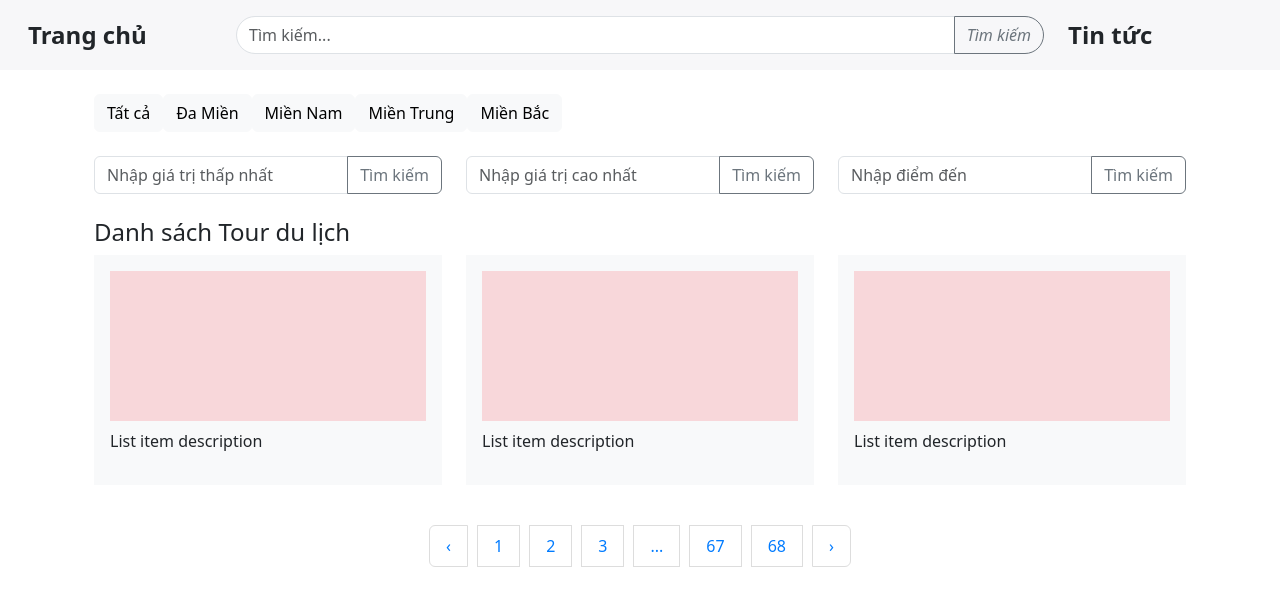
Repository: Minh23122003/qlDuAnPhanMem
Page: / (app in frontend/)
These files come from the project's save history. The page is drawn as it stood at one moment and after a run of saves; the edit follows.
The browser window is 1280 px wide. The pictures show the whole page.
The project was rebuilt for these pictures with package versions that can differ from the ones it lists, and the page was loaded fresh each time. Also part of the build but not shown: frontend/src/service/WebSocketService.js, frontend/src/components/Notifications.js, frontend/src/layout/Footer.js, frontend/src/configs/Apis.js, frontend/src/components/Relativeparkcard.js, frontend/src/components/Receipt/ReceiptList.css, frontend/src/components/merchandisecabinet.js, frontend/src/components/Service.js and 13 more.

Above is the page before, as saved 2024-09-06 17:05:45.

### frontend/src/index.js
import React from 'react';
import ReactDOM from 'react-dom/client';
import './index.css';
import App from './App';
import reportWebVitals from './reportWebVitals';
import { ToastContainer, toast } from 'react-toastify';
import 'react-toastify/dist/ReactToastify.css';
const root = ReactDOM.createRoot(document.getElementById('root'));
root.render(
    <React.StrictMode>
        <App />
        <ToastContainer
            position="top-center"
            autoClose={5000}
            hideProgressBar={false}
            newestOnTop={false}
            closeOnClick
            rtl={false}
            pauseOnFocusLoss
            draggable
            pauseOnHover
            theme="light"
            transition="Bounce"
        />
    </React.StrictMode>,
);

// If you want to start measuring performance in your app, pass a function
// to log results (for example: reportWebVitals(console.log))
// or send to an analytics endpoint. Learn more: https://bit.ly/CRA-vitals
reportWebVitals()

### frontend/src/index.css
body {
  margin: 0;
  font-family: -apple-system, BlinkMacSystemFont, 'Segoe UI', 'Roboto', 'Oxygen',
    'Ubuntu', 'Cantarell', 'Fira Sans', 'Droid Sans', 'Helvetica Neue',
    sans-serif;
  -webkit-font-smoothing: antialiased;
  -moz-osx-font-smoothing: grayscale;
  background-color: #f8d7da;
}

code {
  font-family: source-code-pro, Menlo, Monaco, Consolas, 'Courier New',
    monospace;
}

### frontend/src/App.js
import { BrowserRouter, Route, Routes, Navigate } from 'react-router-dom';
import Home from './components/Home';
import Footer from './layout/Footer';
import Header from './layout/Header';
import 'bootstrap/dist/css/bootstrap.min.css';
import { Container } from 'react-bootstrap';
import Relativeparkcard from './components/Relativeparkcard';
import MerchandiseCabinet from './components/merchandisecabinet';
import Service from './components/Service';
import Notifications from './components/Notifications';
import ReceiptList from './components/Receipt/ReceiptList';
import Login from './components/Login';
import UserContext from './contexts/UserContext';
import UserReducer from './reducers/UserReducer';
import Cookies from 'js-cookie';
import { useReducer } from 'react';
import Feedback from './components/Feedback';
import Survey from './components/Survey';
import News from './components/News';
import ChatApp from './components/ChatApp/ChatApp';

const App = () => {
    let currentUser = null;
    if (Cookies.get('user')) currentUser = JSON.parse(Cookies.get('user'));

    const [user, dispatch] = useReducer(UserReducer, currentUser);

    return (
        <>
            <UserContext.Provider value={[user, dispatch]}>
                <BrowserRouter>
                    {/* {user && <Header />}   */}
                    { <Header />}
                    <Container>
                        <Routes>
                            <Route path="/" element={ <Home /> } />
                            {/* <Route path="/" element={user ? <Home /> : <Navigate to="/login" />} /> */}
                            <Route path="/login" element={<Login />} />
                            <Route path="/news" element={<News/>} />
                            {/* <Route path="/news" element={user ? <Relativeparkcard /> : <Navigate to="/login" />} /> */}
                            <Route path="/Notifications" element={user ? <Notifications /> : <Navigate to="/login" />} />
                            <Route path="/MerchandiseCabinet" element={user ? <MerchandiseCabinet /> : <Navigate to="/login" />} />
                            <Route path="/Service" element={user ? <Service /> : <Navigate to="/login" />} />
                            <Route path="/ReceiptList" element={user ? <ReceiptList /> : <Navigate to="/login" />} />
                            <Route path="/ChatApp" element={user ? <ChatApp /> : <Navigate to="/login" />} />
                            <Route path="/Feedback" element={user ? <Feedback /> : <Navigate to="/login" />} />
                            <Route path="/Survey" element={user ? <Survey /> : <Navigate to="/login" />} />
                        </Routes>
                    </Container>
                    {/* <Footer /> */}
                </BrowserRouter>
            </UserContext.Provider>
        </>
    );
};

export default App;

### frontend/src/components/Home.js
import React, { useState } from 'react';
import { Container, Row, Col, Button, InputGroup, FormControl, Pagination } from 'react-bootstrap';

function TourPage() {
    const [minValue, setMinValue] = useState('');
    const [maxValue, setMaxValue] = useState('');
    const [destination, setDestination] = useState('');

    const handleMinValueChange = (event) => {
        setMinValue(event.target.value);
    };

    const handleMaxValueChange = (event) => {
        setMaxValue(event.target.value);
    };

    const handleDestinationChange = (event) => {
        setDestination(event.target.value);
    };
    const handleSearch = () => {
        //
    };

    return (
        <Container fluid>
            <Row className="mb-4 mt-4">
                <Col>
                    <Button variant="light">Tất cả</Button>
                    <Button variant="light">Đa Miền</Button>
                    <Button variant="light">Miền Nam</Button>
                    <Button variant="light">Miền Trung</Button>
                    <Button variant="light">Miền Bắc</Button>
                </Col>
            </Row>

            <Row className="mb-4">
                <Col>
                    <InputGroup>
                        <FormControl
                            placeholder="Nhập giá trị thấp nhất"
                            value={minValue}
                            onChange={handleMinValueChange} // Cập nhật giá trị cho minValue
                        />
                        <Button variant="outline-secondary">Tìm kiếm</Button>
                    </InputGroup>
                </Col>
                <Col>
                    <InputGroup>
                        <FormControl
                            placeholder="Nhập giá trị cao nhất"
                            value={maxValue}
                            onChange={handleMaxValueChange} // Cập nhật giá trị cho maxValue
                        />
                        <Button variant="outline-secondary">Tìm kiếm</Button>
                    </InputGroup>
                </Col>
                <Col>
                    <InputGroup>
                        <FormControl
                            placeholder="Nhập điểm đến"
                            value={destination}
                            onChange={handleDestinationChange} // Cập nhật giá trị cho destination
                        />
                        <Button variant="outline-secondary" onClick={handleSearch}>
                            Tìm kiếm
                        </Button>
                    </InputGroup>
                </Col>
            </Row>

            <h4>Danh sách Tour du lịch</h4>
            <Row>
                <Col sm={4}>
                    <div className="tour-item bg-light p-3 mb-3">
                        <div
                            className="img-placeholder mb-2"
                            style={{ height: '150px', backgroundColor: '#f8d7da' }}
                        ></div>
                        <p>List item description</p>
                    </div>
                </Col>
                <Col sm={4}>
                    <div className="tour-item bg-light p-3 mb-3">
                        <div
                            className="img-placeholder mb-2"
                            style={{ height: '150px', backgroundColor: '#f8d7da' }}
                        ></div>
                        <p>List item description</p>
                    </div>
                </Col>
                <Col sm={4}>
                    <div className="tour-item bg-light p-3 mb-3">
                        <div
                            className="img-placeholder mb-2"
                            style={{ height: '150px', backgroundColor: '#f8d7da' }}
                        ></div>
                        <p>List item description</p>
                    </div>
                </Col>
            </Row>

            <Pagination className="mt-4">
                <Pagination.Prev />
                <Pagination.Item>{1}</Pagination.Item>
                <Pagination.Item>{2}</Pagination.Item>
                <Pagination.Item>{3}</Pagination.Item>
                <Pagination.Item>...</Pagination.Item>
                <Pagination.Item>{67}</Pagination.Item>
                <Pagination.Item>{68}</Pagination.Item>
                <Pagination.Next />
            </Pagination>
        </Container>
    );
}

export default TourPage;

### frontend/src/layout/Header.js
import React from 'react';
import { Container, Row, Col, Button, InputGroup, FormControl, Dropdown } from 'react-bootstrap';
import './Header.css';

const Header = () => {
    return (
        <header className="p-3 mb-4">
            <Container fluid>
                <Row className="align-items-center justify-content-between">
                    <Col xs={2}>
                        <h4 className="mb-0">Trang chủ</h4>
                    </Col>

                    <Col xs={8}>
                        <InputGroup>
                            <FormControl placeholder="Tìm kiếm..." aria-label="Search" />
                            <Button variant="outline-secondary">
                                <i className="bi bi-search">Tìm kiếm</i>
                            </Button>
                        </InputGroup>
                    </Col>

                    <Col xs={2}>
                        <h4 className="mb-0">Tin tức</h4>
                    </Col>

                </Row>
            </Container>
        </header>
    );
};

export default Header;

### frontend/src/contexts/UserContext.js
import { createContext, useReducer } from 'react'

export default createContext()

### frontend/src/reducers/UserReducer.js
import Cookies from 'js-cookie'

const UserReducer = (currentState, action) => {
  switch (action.type) {
    case 'login': {
      return { ...action.payload }
    }
    case 'logout':
      Cookies.remove('token')
      Cookies.remove('user')
      return null
  }

  return currentState
}

export default UserReducer

### frontend/src/layout/Header.css
/* Header.css */
header {
  background-color: #f7f7f9;
  padding: 20px 0;
}

header h4 {
  font-weight: bold;
}

header button {
  border-radius: 20px; /* Matches the rounded button style */
}

header .form-control {
  border-radius: 20px 0 0 20px; /* Rounded search bar */
}

header .btn-outline-secondary {
  border-radius: 0 20px 20px 0; /* Rounded search button */
}

header .dropdown-toggle {
  border-radius: 20px;
}

header .mr-2 {
  margin-right: 10px;
}

### frontend/src/components/paginate.css
/* styles.css */

.pagination {
    display: flex;
    justify-content: center;
    list-style: none;
    padding: 0;
}

.pagination li {
    margin: 0 5px;
}

.pagination a {
    display: block;
    padding: 8px 16px;
    border: 1px solid #ddd;
    text-decoration: none;
    color: #007bff;
}

.pagination a:hover {
    background-color: #007bff;
    color: white;
}

.pagination .selected a {
    background-color: #007bff;
    color: white;
    border-color: #007bff;
}

.pagination .disabled a {
    color: #6c757d;
    pointer-events: none;
    cursor: default;
}

Loaded but not shown: frontend/public/index.html (common file); frontend/src/reportWebVitals.js (common file)

After the next 4 saves:
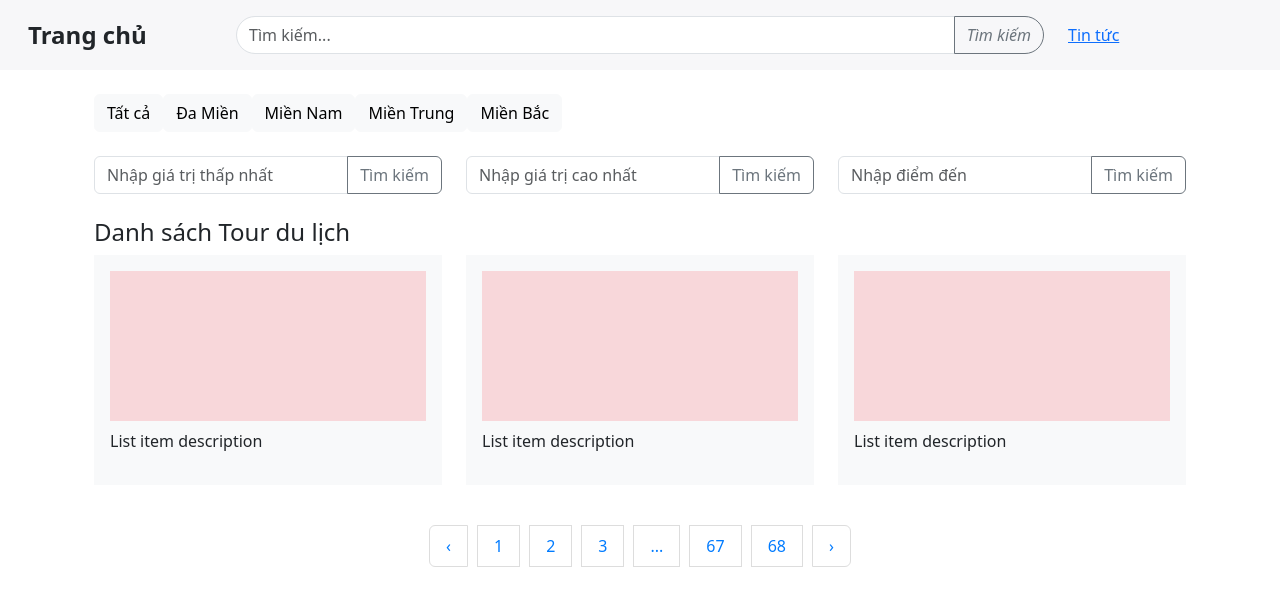
The 4 saves are shown as one change because they came seconds apart.
The last was saved 29 s later.
--- a/frontend/src/layout/Header.js
+++ b/frontend/src/layout/Header.js
@@ -1,6 +1,7 @@
 import React from 'react';
 import { Container, Row, Col, Button, InputGroup, FormControl, Dropdown } from 'react-bootstrap';
 import './Header.css';
+import { Link } from 'react-router-dom';
 
 const Header = () => {
     return (
@@ -21,7 +22,7 @@
                     </Col>
 
                     <Col xs={2}>
-                        <h4 className="mb-0">Tin tức</h4>
+                        <Link  className="mb-0">Tin tức</Link>
                     </Col>
 
                 </Row>

After the 3 saves that followed:
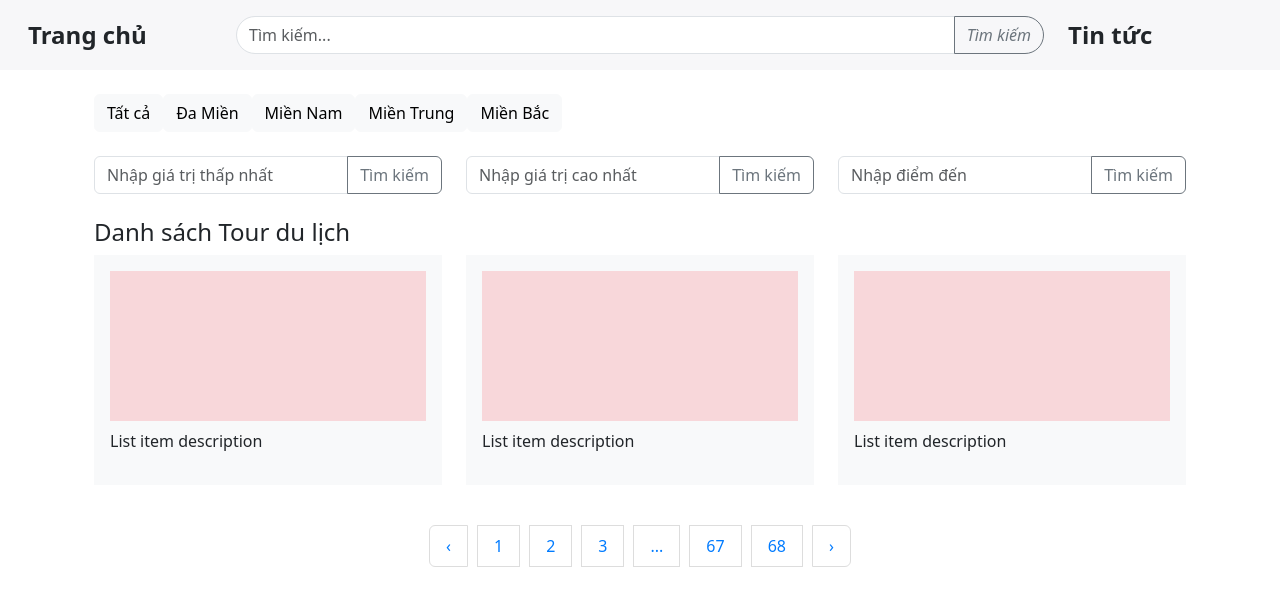
The 3 saves are shown as one change because 1 left the picture as it was and some came seconds apart.
The last was saved 32 s later.
--- a/frontend/src/layout/Header.js
+++ b/frontend/src/layout/Header.js
@@ -1,7 +1,6 @@
 import React from 'react';
 import { Container, Row, Col, Button, InputGroup, FormControl, Dropdown } from 'react-bootstrap';
 import './Header.css';
-import { Link } from 'react-router-dom';
 
 const Header = () => {
     return (
@@ -22,7 +21,7 @@
                     </Col>
 
                     <Col xs={2}>
-                        <Link  className="mb-0">Tin tức</Link>
+                        <h4 className="mb-0">Tin tức</h4>
                     </Col>
 
                 </Row>
